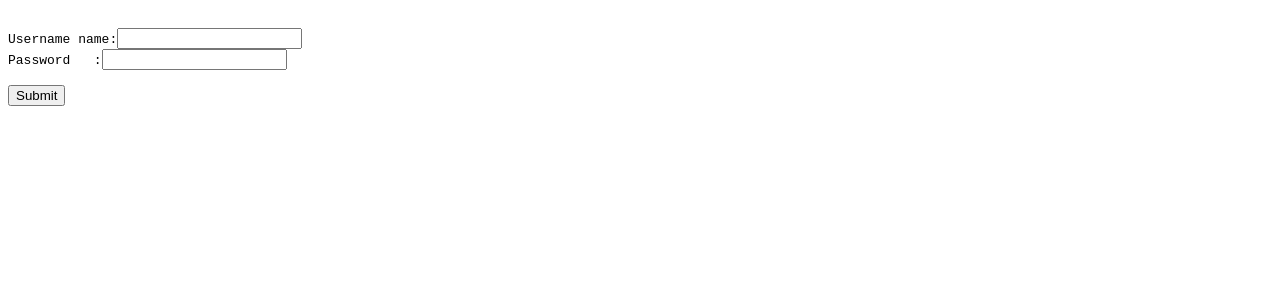
Repository: aneishkumar/AngularJS-Application
Page: Angularjs-Apllication-feb14th/project2/WebContent/registrationcheck.html
An editor plug-in stored every save of this project. The page is shown before and after the next save, followed by the edit.
The browser window is 1280 px wide. The pictures show the whole page.
Some web libraries are served in a nearby version.

Above is the page before, as saved 2018-02-14 11:31:40.

After the next save:
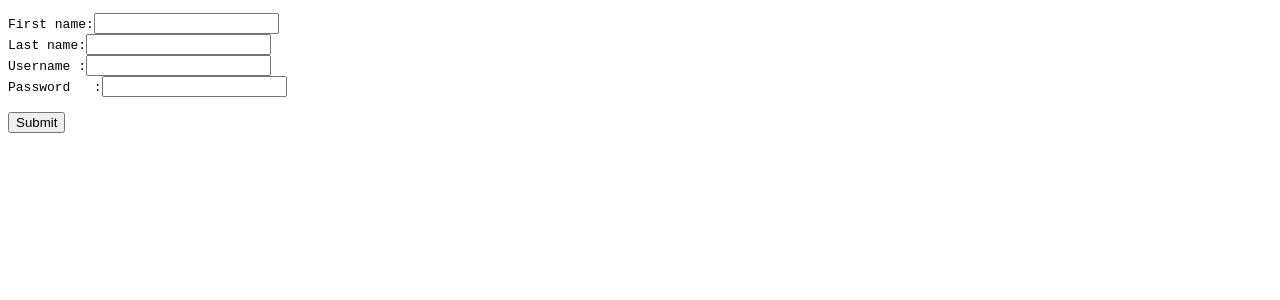
Saved 3 min 9 s later.
--- a/Angularjs-Apllication-feb14th/project2/WebContent/registrationcheck.html
+++ b/Angularjs-Apllication-feb14th/project2/WebContent/registrationcheck.html
@@ -9,8 +9,9 @@
 <form>
 <form>
 <pre>
-
-Username name:<input type="text" ng-model="user.username">
+First name:<input type="text" ng-model="user.firstname">
+Last name:<input type="text" ng-model="user.lastname">
+Username :<input type="text" ng-model="user.username">
 Password   :<input type="password" ng-model="user.password">
 
 <input type="submit" ng-click="adduser(user)">
